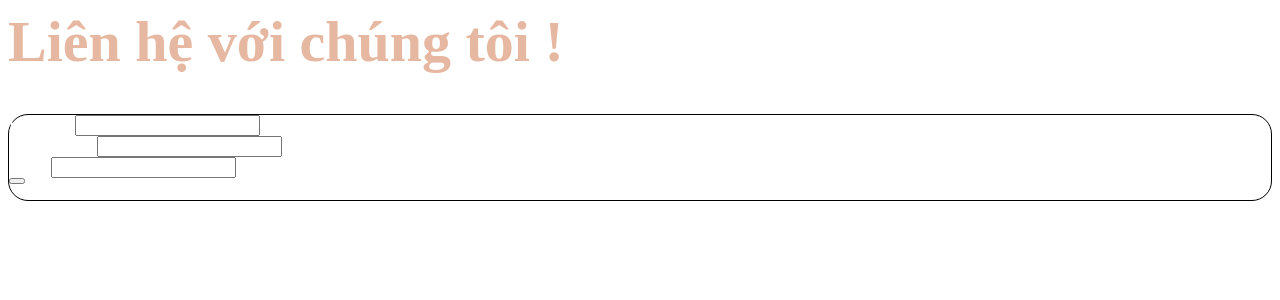
Repository: mingbeo100-boop/website_bancheonline
Page: http://localhost/pages/lienhe.php
These files come from the project's save history. The page is drawn as it stood at one moment and after the next save; the edit follows.
The browser window is 1280 px wide. The pictures show the whole page.
The page is run by PHP 8.4 with error messages shown; the project is at /var/www/html/.

Above is the page before, as saved 2025-11-27 08:00:20.

After the next save:
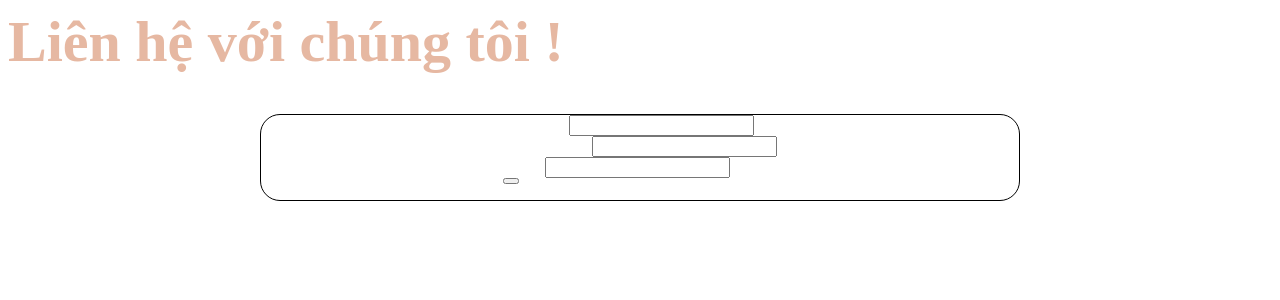
Saved 6 min 53 s later.
--- a/pages/lienhe.php
+++ b/pages/lienhe.php
@@ -10,6 +10,11 @@
         }
 
         .decor-form {
+            margin: auto;
+            max-width: 60%;
+            display: flex;
+            align-content: center;
+            justify-content: center;
             border-radius: 20px;
             border: 1px solid black;
         }
